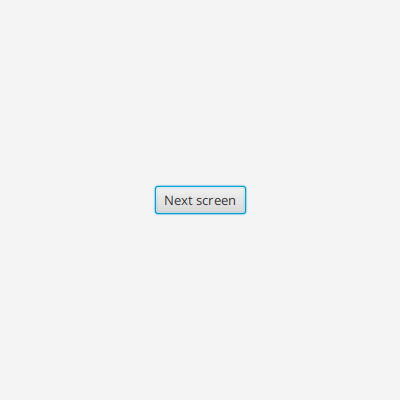
Repository: angelalvess/java-fx
Program's window: java javafx/src/projects/Wizard.java
An editor plug-in stored every save of this project. The program's window is shown before and after the next save, followed by the edit.
It runs on Java 21 on a 1366 x 768 screen with JavaFX 11; the title bar is not drawn.

Above is the program's window before, as saved 2025-02-03 12:43:29.

### javafx/src/projects/Wizard.java
package projects;

import javafx.application.Application;
import javafx.geometry.Pos;
import javafx.scene.Scene;
import javafx.scene.control.Button;
import javafx.scene.layout.HBox;
import javafx.stage.Stage;

public class Wizard extends Application{


	private Scene stepOneScene;

	@Override
	public void start(Stage primaryStage) throws Exception {
		// TODO Auto-generated method stub

		createStepOne();

		primaryStage.setTitle("Wizard");
		primaryStage.setScene(stepOneScene);
		primaryStage.show();
	}


	private void createStepOne() {

		Button button = new Button("Next screen");
		HBox hBox = new HBox();
		hBox.setAlignment(Pos.CENTER);
		hBox.getChildren().add(button);

		stepOneScene = new Scene(hBox, 400, 400);
	}


	public static void main(String[] args) {
		launch(args);
	}



}

After the next save:
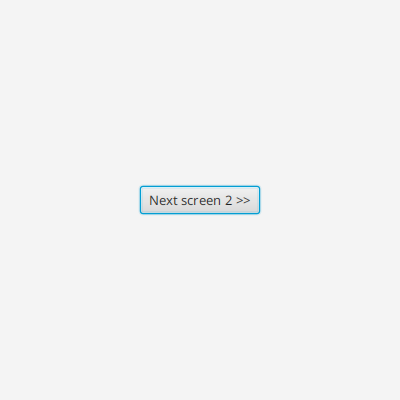
Saved 8 min 11 s later.
--- a/javafx/src/projects/Wizard.java
+++ b/javafx/src/projects/Wizard.java
@@ -11,12 +11,17 @@
 
 
 	private Scene stepOneScene;
+	private Scene stepTwoScene;
+	private Scene stepTreeScene;
+	private Stage window;
 
 	@Override
 	public void start(Stage primaryStage) throws Exception {
 		// TODO Auto-generated method stub
 
 		createStepOne();
+		createStepTwo();
+		createStepTree();
 
 		primaryStage.setTitle("Wizard");
 		primaryStage.setScene(stepOneScene);
@@ -26,12 +31,45 @@
 
 	private void createStepOne() {
 
-		Button button = new Button("Next screen");
+		Button buttonNext = new Button("Next screen 2 >>");
+		buttonNext.setOnAction(e ->  window.setScene(stepTwoScene));
+
+
 		HBox hBox = new HBox();
 		hBox.setAlignment(Pos.CENTER);
-		hBox.getChildren().add(button);
+		hBox.getChildren().add(buttonNext);
 
 		stepOneScene = new Scene(hBox, 400, 400);
+	}
+
+
+	private void createStepTwo() {
+
+		Button buttonBack = new Button("Back screen 1 <<");
+		buttonBack.setOnAction(e ->  window.setScene(stepOneScene));
+
+		Button buttonNext = new Button("Next screen 3 >>");
+		buttonNext.setOnAction(e ->  window.setScene(stepTreeScene));
+
+		HBox hBox = new HBox();
+		hBox.setAlignment(Pos.CENTER);
+		hBox.getChildren().add(buttonBack);
+		hBox.getChildren().add(buttonNext);
+
+		stepTwoScene = new Scene(hBox, 400, 400);
+	}
+
+
+	private void createStepTree() {
+
+		Button buttonBack = new Button("Back screen 2 <<");
+		buttonBack.setOnAction(e ->  window.setScene(stepTwoScene));
+
+		HBox hBox = new HBox();
+		hBox.setAlignment(Pos.CENTER);
+		hBox.getChildren().add(buttonBack);
+
+		stepTreeScene = new Scene(hBox, 400, 400);
 	}
 
 
